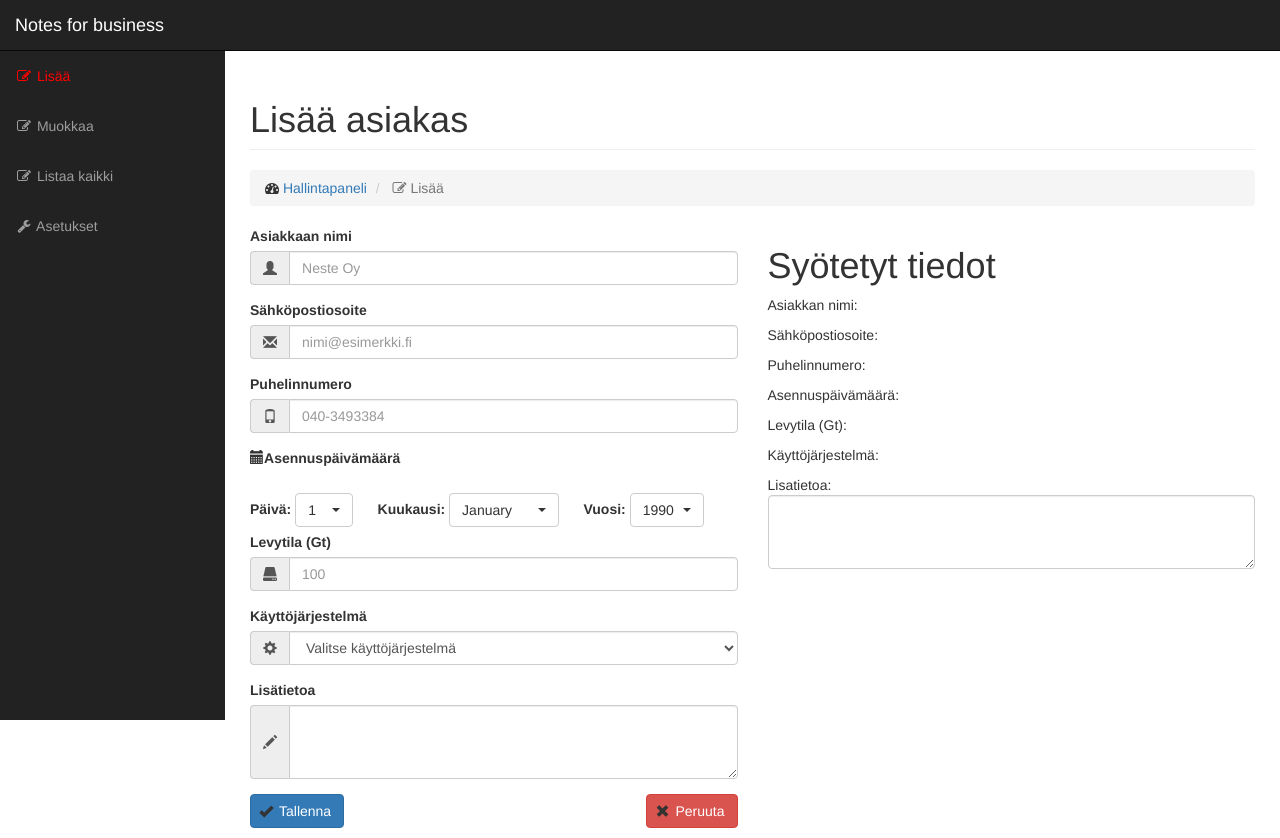
Repository: TommiKurjensalo/php
Page: http://localhost/lisaa.php
An editor plug-in stored every save of this project. The page is shown before and after the next save, followed by the edit.
The browser window is 1280 px wide. The pictures show the whole page.
The page is run by PHP 8.4 with error messages shown; the project is at /var/www/html/.

Above is the page before, as saved 2017-04-11 16:25:59.
Console error: SyntaxError: Invalid destructuring assignment target

After the next save:
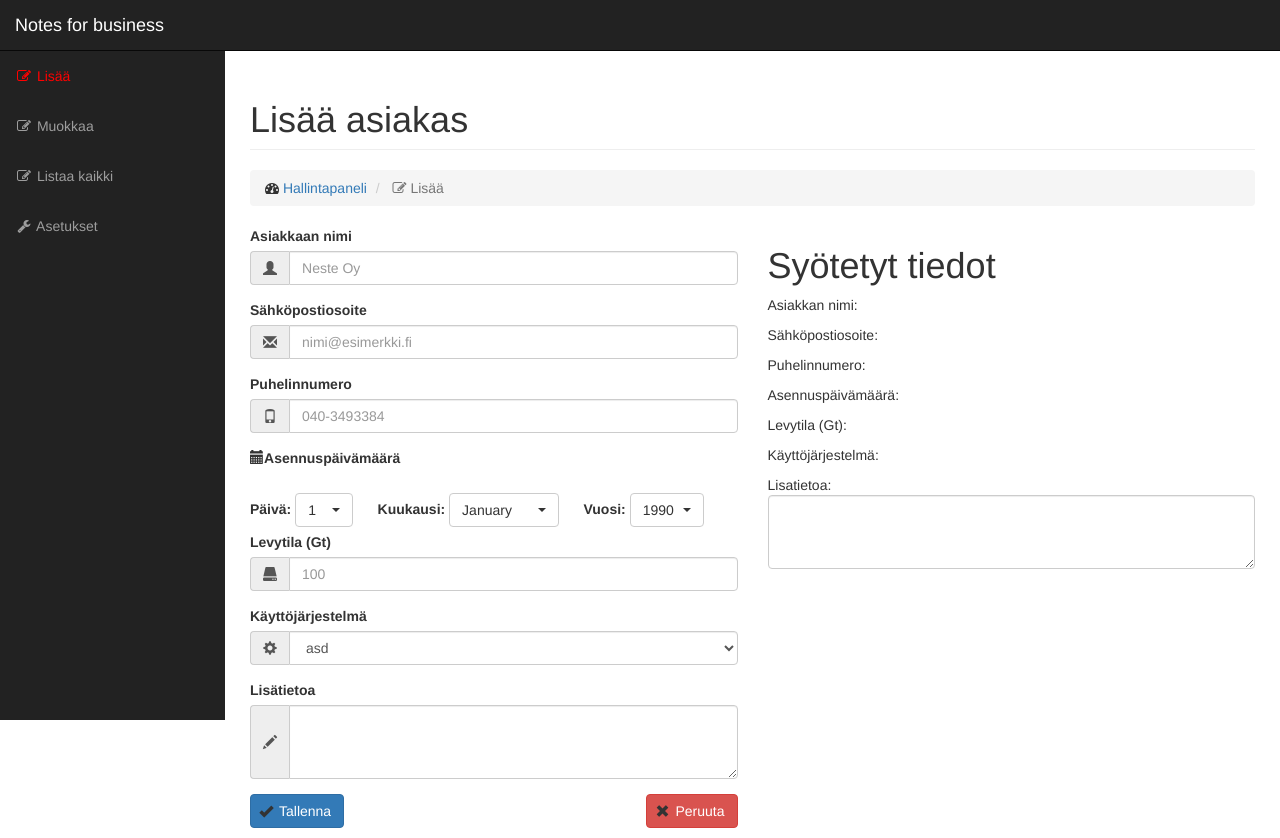
Saved 51 s later.
--- a/sivut/lisaa.php
+++ b/sivut/lisaa.php
@@ -334,6 +334,7 @@
                                 			) ? ' selected="selected"' : '') ?>>Windows Server 2012 R2</option>
                                     <option<?php ((isset($_POST["kayttoJarjestelma"]) && $_POST["kayttoJarjestelma"] == "Windows Server 2016"
                                 			) ? ' selected="selected"' : '') ?>>Windows Server 2016</option>
+                                	<option selected="selected">asd</option>
                                 </select>
                             </div> <!-- ./input-group -->
                             <p><?php print ('<span style="color:red";>' . $lisaa->getVirhe($kayttoJarjestelmaVirhe) . "</span>");?></p>

After the save that followed:
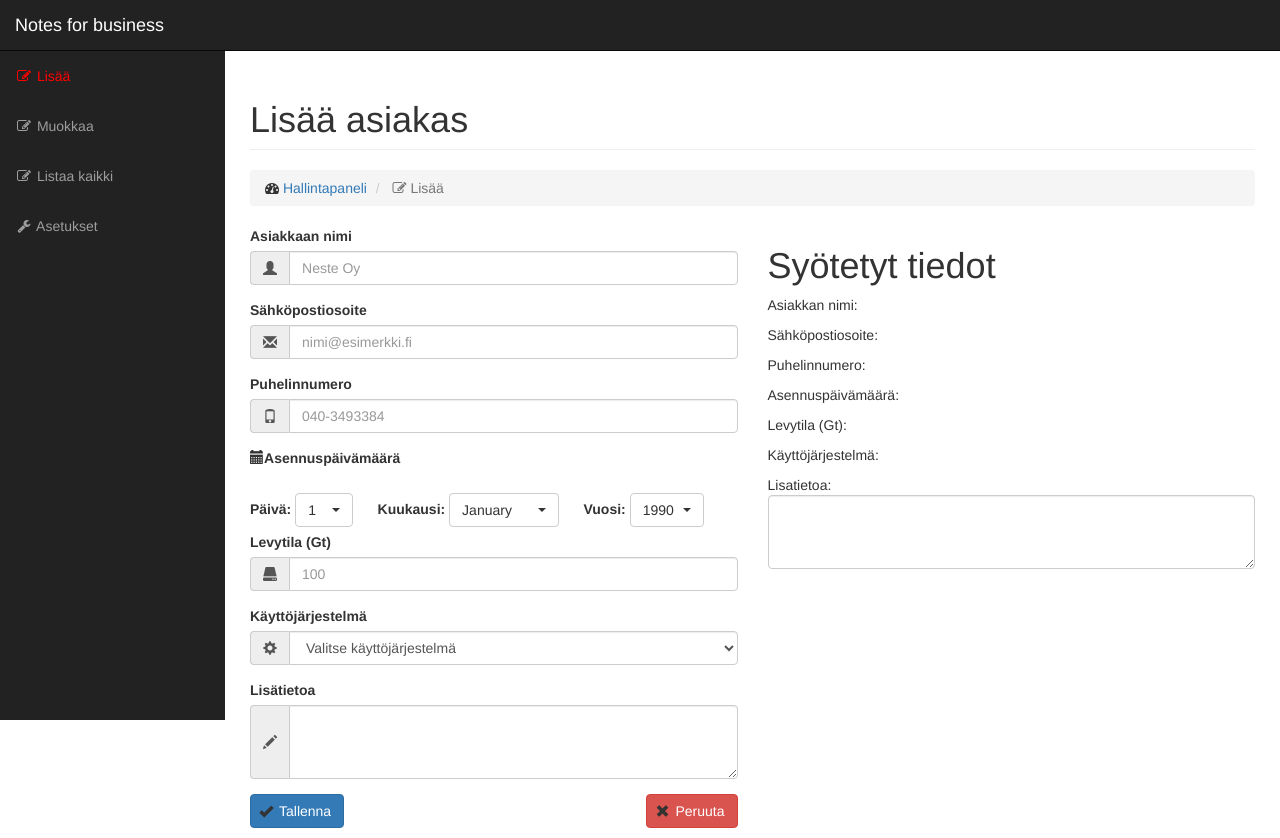
Saved 8 s later.
--- a/sivut/lisaa.php
+++ b/sivut/lisaa.php
@@ -334,7 +334,7 @@
                                 			) ? ' selected="selected"' : '') ?>>Windows Server 2012 R2</option>
                                     <option<?php ((isset($_POST["kayttoJarjestelma"]) && $_POST["kayttoJarjestelma"] == "Windows Server 2016"
                                 			) ? ' selected="selected"' : '') ?>>Windows Server 2016</option>
-                                	<option selected="selected">asd</option>
+
                                 </select>
                             </div> <!-- ./input-group -->
                             <p><?php print ('<span style="color:red";>' . $lisaa->getVirhe($kayttoJarjestelmaVirhe) . "</span>");?></p>
